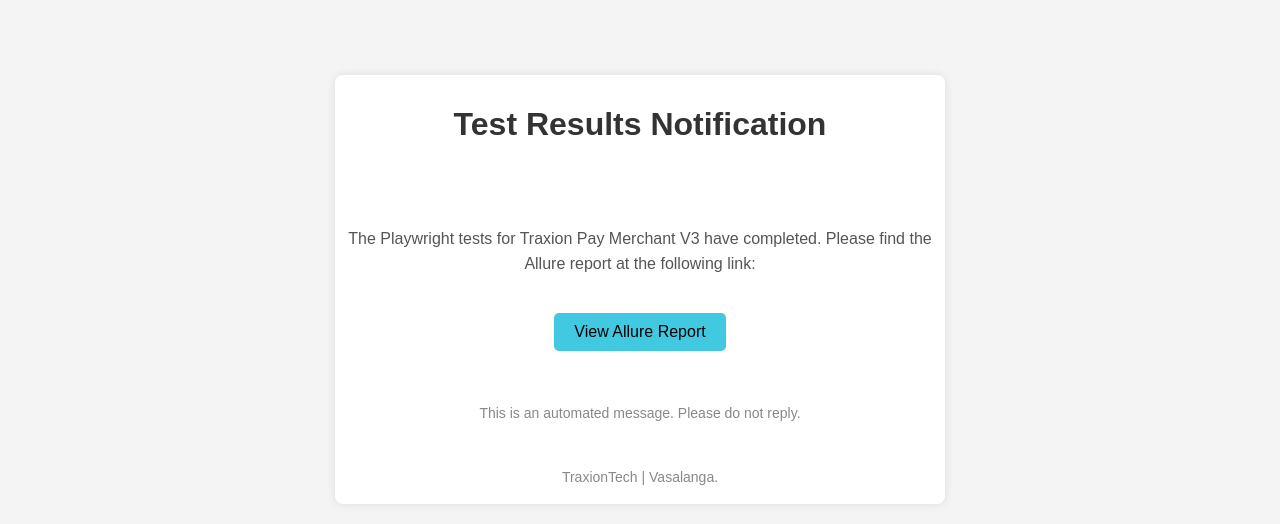
Repository: jmendozaqa24/TraxionPay-V3
Page: template.html
The author's editor kept a copy of each file at every save. The page is drawn from the files as they stood at one save, then again after the next save.
The browser window is 1280 px wide. The pictures show the whole page.

Above is the page before, as saved 2025-01-31 10:02:49.

### template.html
<!DOCTYPE html>
            <html lang="en">
            <head>
                <meta charset="UTF-8">
                <meta name="viewport" content="width=device-width, initial-scale=1.0">
                <title>Test Results Notification</title>
            </head>
            <body style="font-family: Arial, sans-serif; background-color: #f4f4f4; margin: 5px 0; padding: 50px 0;">
                <div style="max-width: 600px; margin: 20px auto; background-color: #ffffff; padding: 5px; border-radius: 8px; box-shadow: 0 0 10px rgba(0, 0, 0, 0.1);">
                    <div style="text-align: center; padding-bottom: 20px;">
                        <h1 style="color: #333333; margin: 5; padding: 5px 0; ">Test Results Notification</h1>
                    </div>
                    <div style="text-align: center; padding: 20px 0;">
                        <p style="color: #555555; font-size: 16px; line-height: 1.6;">
                            The Playwright tests for Traxion Pay Merchant V3 have completed. Please find the Allure report at the following link:
                        </p>
                        <a href="https://dread-vin.github.io/TraxionPay-V3/"
                            style="display: inline-block; padding: 10px 20px; margin-top: 20px; font-size: 16px; color: #000000; background-color: #41C9E2; border-radius: 5px; text-decoration: none;">
                            View Allure Report
                        </a>
                    </div>
                    <div style="text-align: center; padding-top: 20px; font-size: 14px; color: #888888;">
                        <p>This is an automated message. Please do not reply.</p>
                    </div>
                    <div style="text-align: center; padding-top: 20px; font-size: 14px; color: #888888;">
                        <p>TraxionTech | Vasalanga.</p>
                    </div>
                </div>
            </body>
            </html>

After the next save:
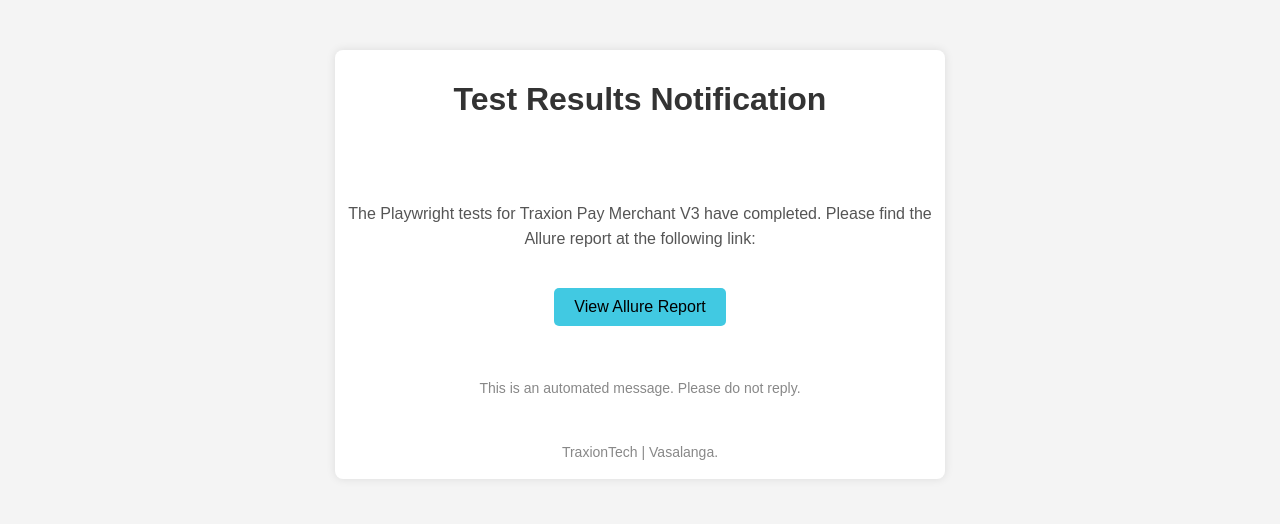
Saved 4 s later.
--- a/template.html
+++ b/template.html
@@ -5,7 +5,7 @@
                 <meta name="viewport" content="width=device-width, initial-scale=1.0">
                 <title>Test Results Notification</title>
             </head>
-            <body style="font-family: Arial, sans-serif; background-color: #f4f4f4; margin: 5px 0; padding: 50px 0;">
+            <body style="font-family: Arial, sans-serif; background-color: #f4f4f4; margin: 5px 0; padding: 25px 0;">
                 <div style="max-width: 600px; margin: 20px auto; background-color: #ffffff; padding: 5px; border-radius: 8px; box-shadow: 0 0 10px rgba(0, 0, 0, 0.1);">
                     <div style="text-align: center; padding-bottom: 20px;">
                         <h1 style="color: #333333; margin: 5; padding: 5px 0; ">Test Results Notification</h1>
